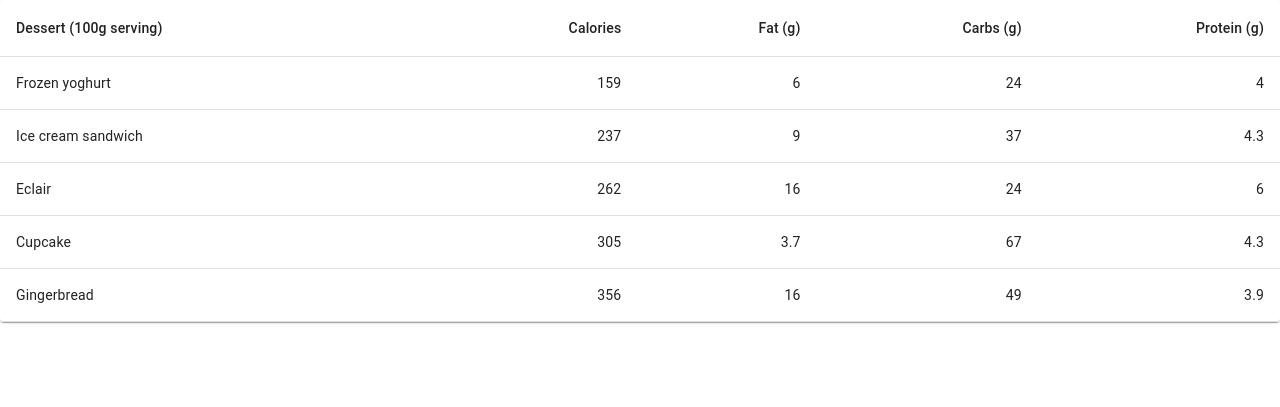
Repository: BrendaCarranco/eme-lab
Page: /Precios
An editor plug-in stored every save of this project. The page is shown before and after the next save, followed by the edit.
The browser window is 1280 px wide. The pictures show the whole page.
Some web libraries are served in a nearby version. The project was rebuilt for these pictures with package versions that can differ from the ones it lists, and the page was loaded fresh each time. Also part of the build but not shown: src/components/buildingPage/Building.js, src/temaConfig.js, src/components/buildingPage/Landing.js, src/components/login/Reset.js, src/components/Dashboard/Title.js, src/components/Dashboard/Cotizacion.js, src/components/Dashboard/Historial.js, src/components/Dashboard/Membresias.js and 11 more.

Above is the page before, as saved 2020-08-31 02:11:51.

After the next save:
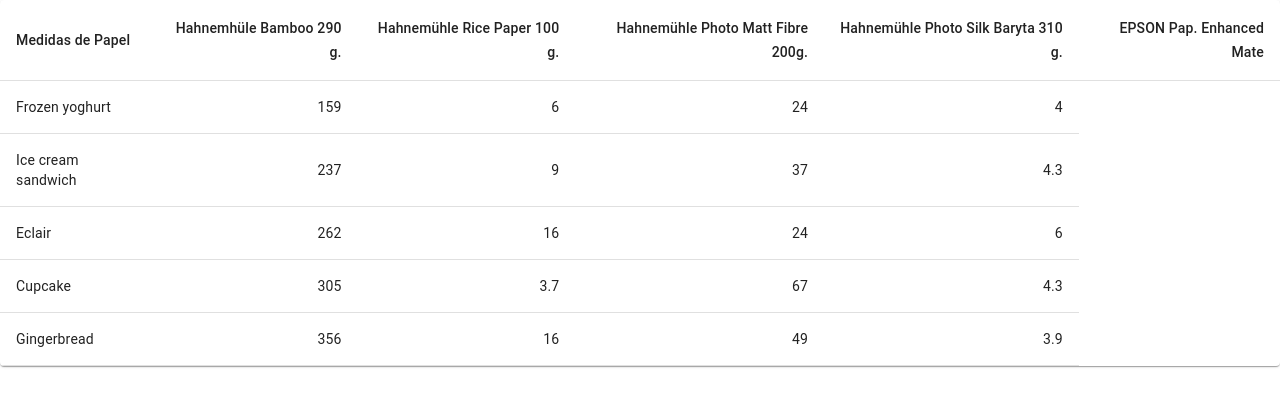
Saved 3 min 8 s later.
--- a/src/components/Dashboard/Precios.js
+++ b/src/components/Dashboard/Precios.js
@@ -34,11 +34,12 @@
       <Table className={classes.table} aria-label="simple table">
         <TableHead>
           <TableRow>
-            <TableCell>Dessert (100g serving)</TableCell>
-            <TableCell align="right">Calories</TableCell>
-            <TableCell align="right">Fat&nbsp;(g)</TableCell>
-            <TableCell align="right">Carbs&nbsp;(g)</TableCell>
-            <TableCell align="right">Protein&nbsp;(g)</TableCell>
+            <TableCell>Medidas de Papel</TableCell>
+            <TableCell align="right">Hahnemhüle Bamboo  290 g.</TableCell>
+            <TableCell align="right">Hahnemühle Rice Paper 100 g.</TableCell>
+            <TableCell align="right">Hahnemühle Photo Matt Fibre 200g.</TableCell>
+            <TableCell align="right">Hahnemühle Photo Silk Baryta 310 g.</TableCell>
+            <TableCell align="right">EPSON Pap. Enhanced Mate</TableCell>
           </TableRow>
         </TableHead>
         <TableBody>
